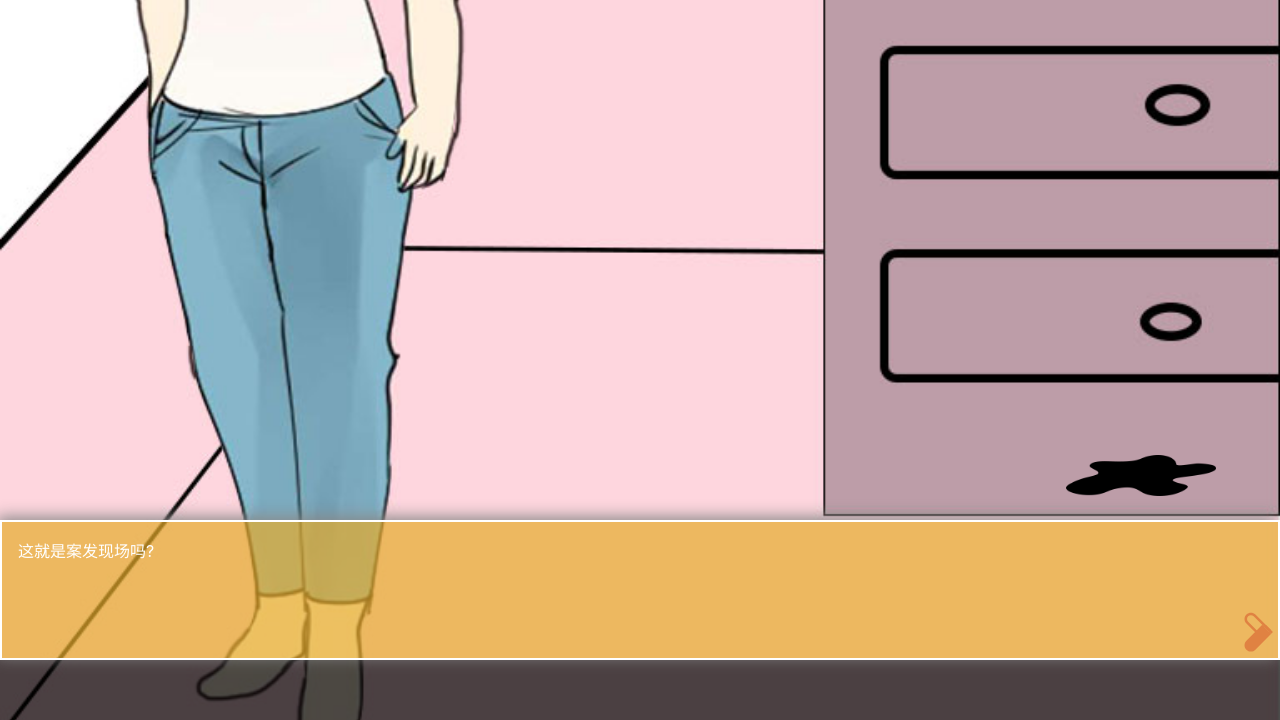
Repository: Jofali/reasoning-genius
Page: /
An editor plug-in stored every save of this project. The page is shown before and after the next save, followed by the edit.
The browser window is 1280 px wide. The pictures show the whole page.
The project was rebuilt for these pictures with package versions that can differ from the ones it lists, and the page was loaded fresh each time. Also part of the build but not shown: src/part2/part2.css, src/part2/part2.js.

Above is the page before, as saved 2019-05-22 16:39:13.

After the next save:
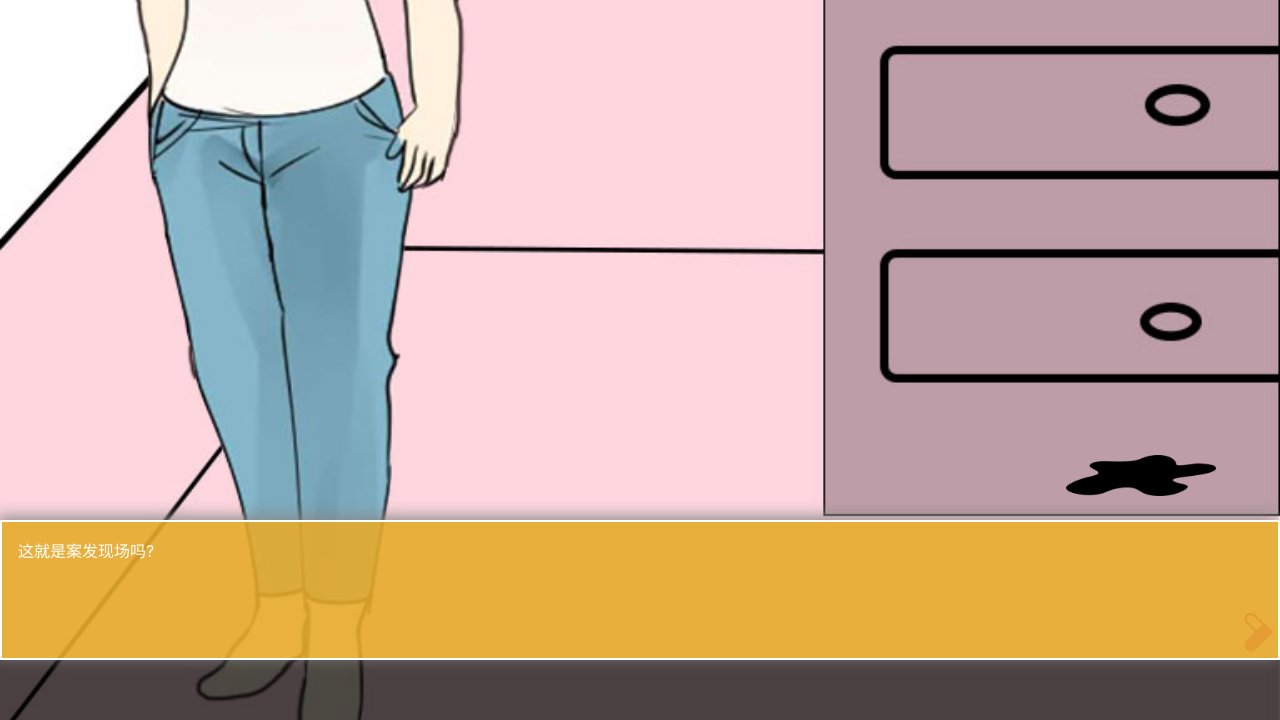
Saved 12 s later.
--- a/src/title/title.css
+++ b/src/title/title.css
@@ -13,7 +13,7 @@
   bottom: 60px;
   border: 2px solid #fff;
   box-shadow: -3px -3px 15px #888888;
-  background: rgba(230, 171, 44, 0.7);
+  background: rgba(230, 171, 44, 0.9);
   color: #fff;
   box-sizing: border-box;
   padding: 1rem;
